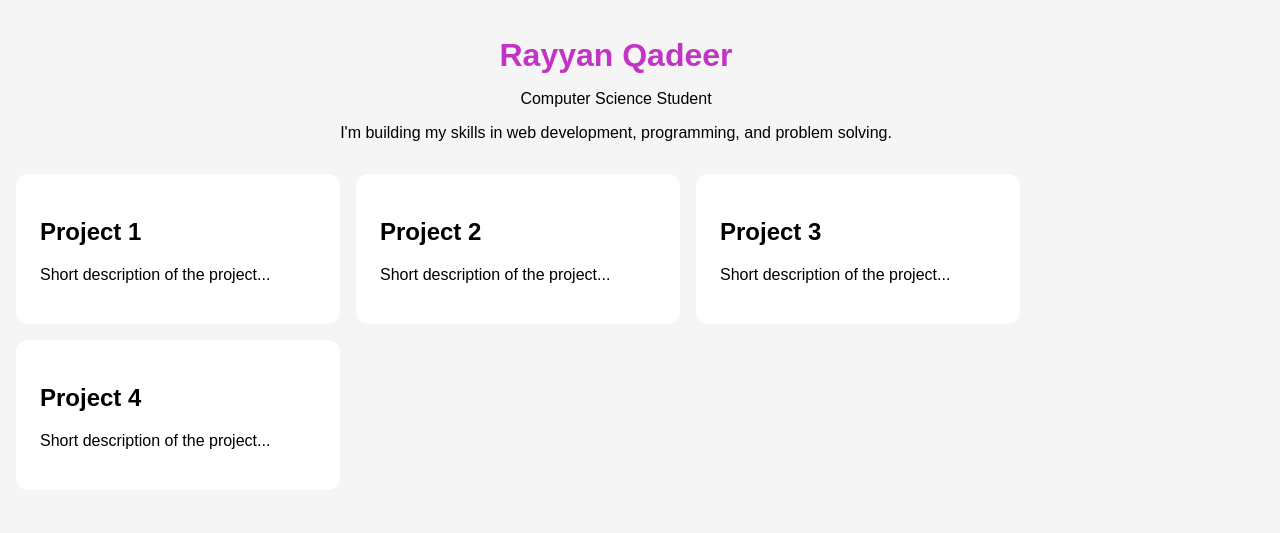
Repository: rayyan-qadeer/rayyan-qadeer
Page: index.html
An editor plug-in stored every save of this project. The page is shown before and after the next save, followed by the edit.
The browser window is 1280 px wide. The pictures show the whole page.

Above is the page before, as saved 2026-04-22 13:51:15.

After the next save:
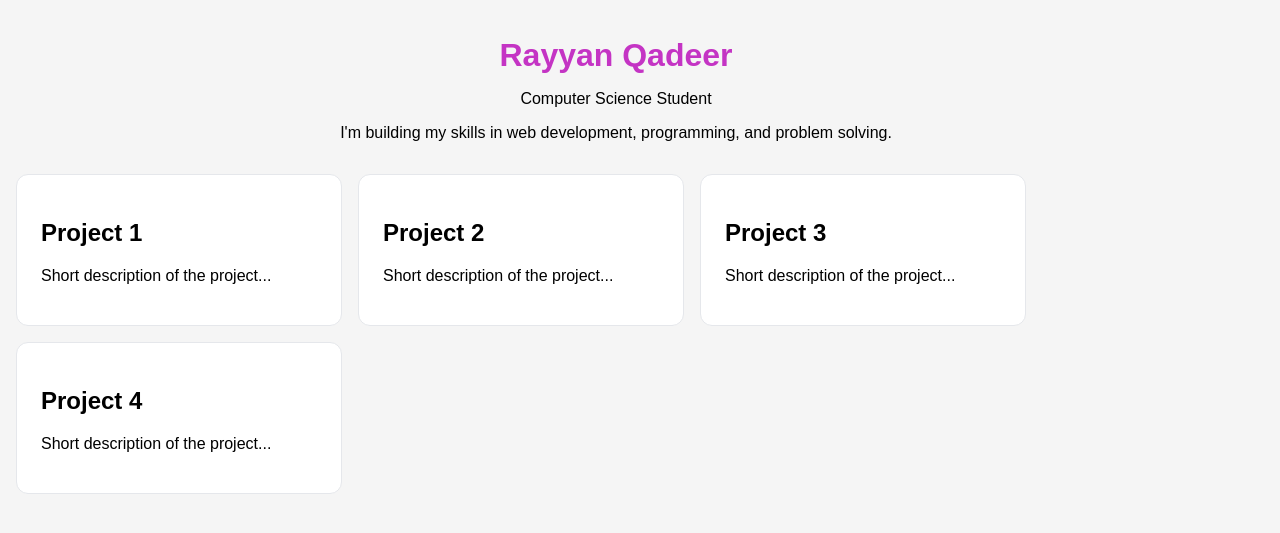
Saved 8 s later.
--- a/styles/index.css
+++ b/styles/index.css
@@ -24,7 +24,7 @@
   background-color: white;
   padding: 1.5rem;
   border-radius: 12px;
-  border: 1px #e5e7eb;
+  border: 1px solid #e5e7eb;
 }
 
 .card:hover {

After the save that followed:
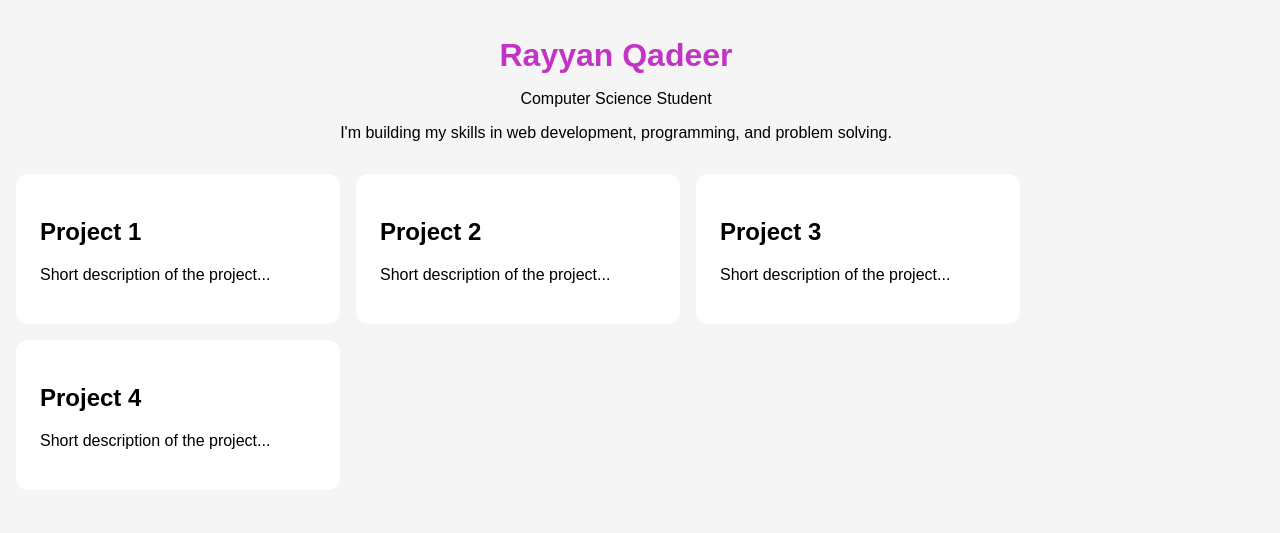
Saved 5 s later.
--- a/styles/index.css
+++ b/styles/index.css
@@ -24,7 +24,7 @@
   background-color: white;
   padding: 1.5rem;
   border-radius: 12px;
-  border: 1px solid #e5e7eb;
+  border: 1px #e5e7eb;
 }
 
 .card:hover {
